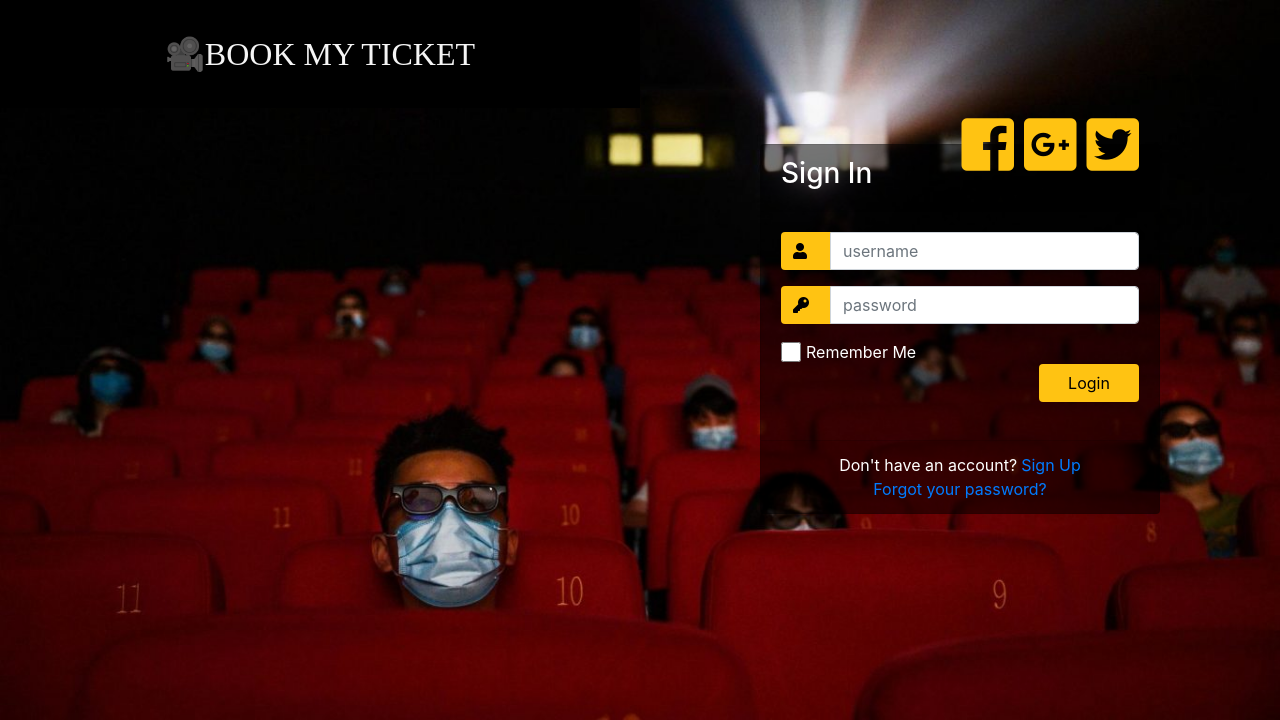
Repository: adinathraut20/AdvanceJavaMovieBookingSystem
Page: http://localhost/MovieBookingSystem/
The author's editor kept a copy of each file at every save. The page is drawn from the files as they stood at one save, then again after the next save.
The browser window is 1280 px wide. The pictures show the whole page.
Some web fonts or font styles are not loaded; a fallback is used. Some web libraries are served in a nearby version. The page is served by Tomcat 9.

Above is the page before, as saved 2020-11-02 18:33:27.

After the next save:
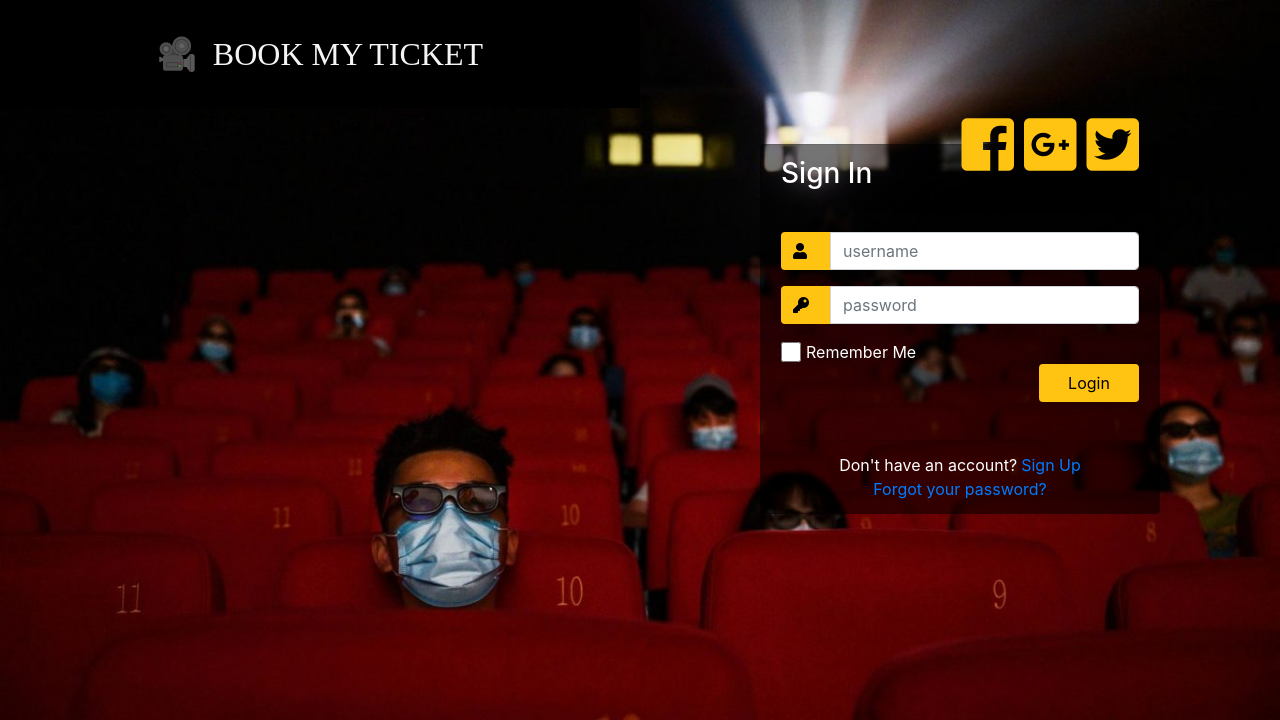
Saved 47 s later.
--- a/MovieBookingSystem/WebContent/index.jsp
+++ b/MovieBookingSystem/WebContent/index.jsp
@@ -19,7 +19,7 @@
          <div class="container-fluid">
             <div class="row">
                 <div class="col-6 d-flex justify-content-center align-items-center" id="nav" style="height: 15vh; background-color: black;">
-                    <font color="white">&#127909;</font> BOOK MY TICKET
+                    <font color="white"> &#127909; </font>&nbsp BOOK MY TICKET
                 </div>
                 <div class="col-6" style="margin-top: 20vh;">
                     <div class="d-flex justify-content-center h-100">
